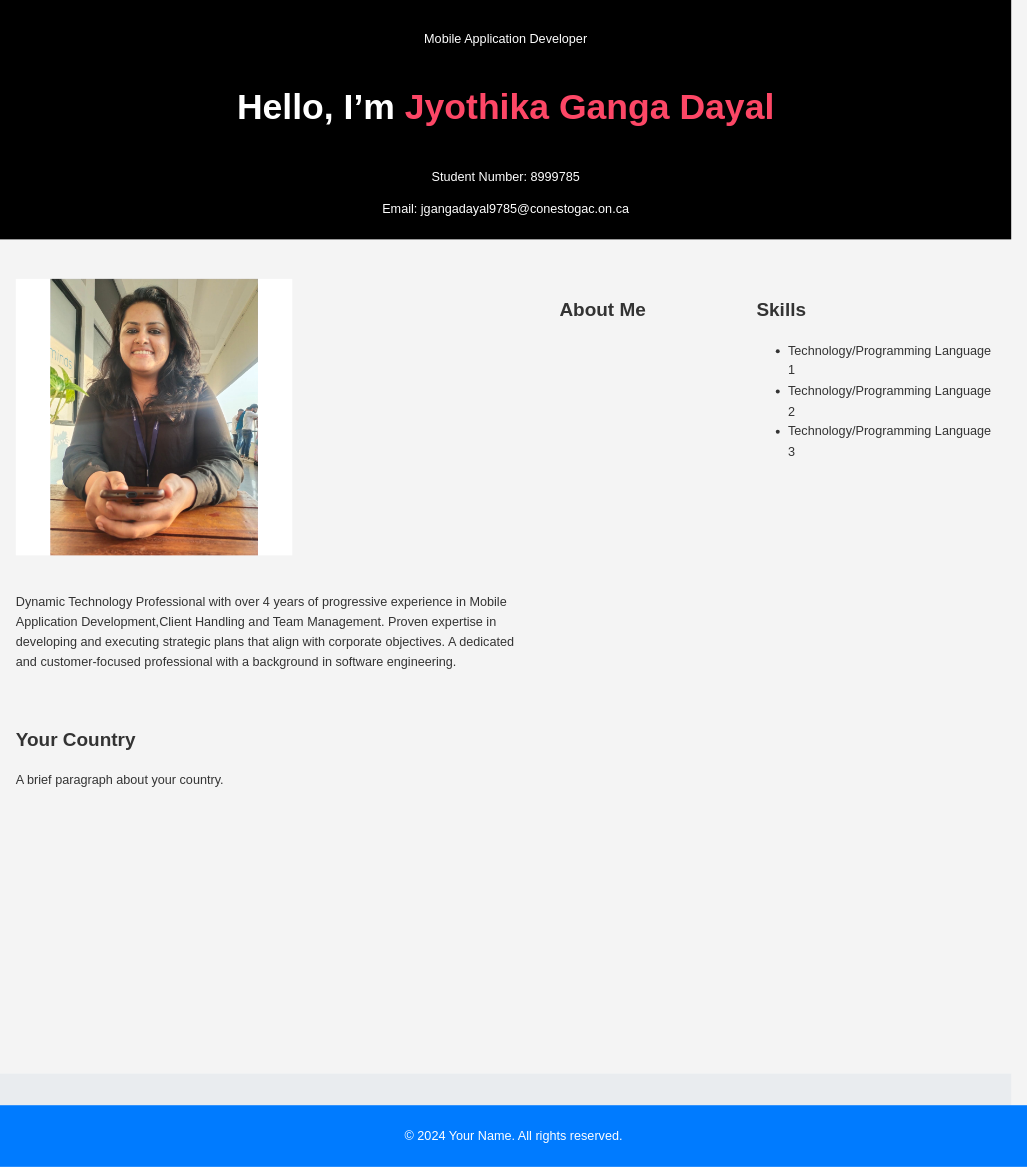
Repository: jyothika123/portfolio
Page: index.html
The author's editor kept a copy of each file at every save. The page is drawn from the files as they stood at one save, then again after the next save.
The browser window is 1280 px wide. The page is 1300 px wide, so the pictures cover 1300 px, including what lies to the right of the window. The pictures show the whole page, at 79% of full size.
Pictures or frames that could not be fetched are drawn as grey boxes.

Above is the page before, as saved 2024-09-22 15:53:32.

After the next save:
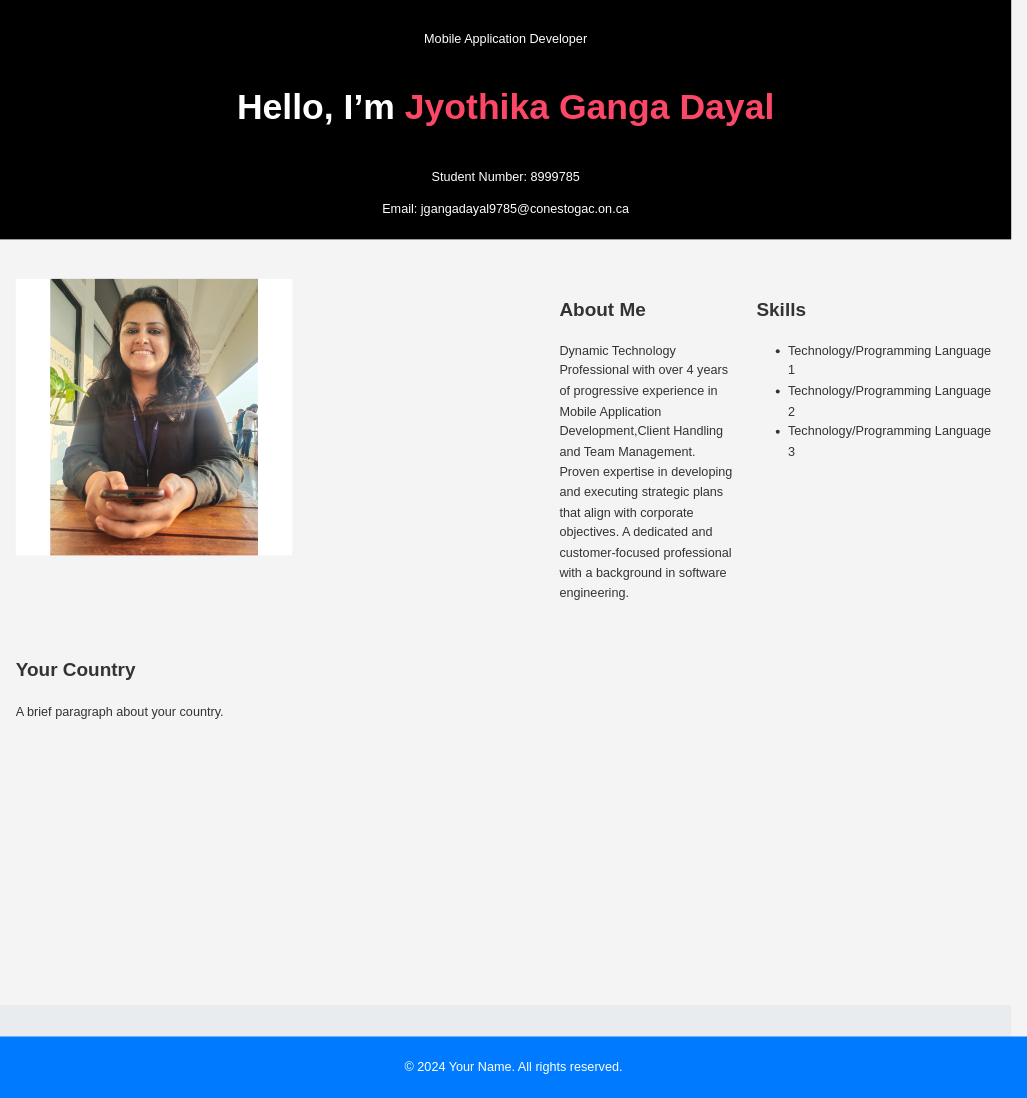
Saved 8 s later.
--- a/index.html
+++ b/index.html
@@ -20,12 +20,15 @@
         <section class="box">
             <section class="bio">
                 <img src="images/image.PNG" alt="A photo representing me" class="profile">
-                <h2>About Me</h2>
-                <p>Dynamic Technology Professional with over 4 years of progressive experience
-                    in Mobile Application Development,Client Handling and Team Management. Proven
-                    expertise in developing and executing strategic plans that align with
-                    corporate objectives. A dedicated and customer-focused professional with a
-                    background in software engineering. </p>
+                <div>
+                    <h2>About Me</h2>
+                    <p>Dynamic Technology Professional with over 4 years of progressive experience
+                        in Mobile Application Development,Client Handling and Team Management. Proven
+                        expertise in developing and executing strategic plans that align with
+                        corporate objectives. A dedicated and customer-focused professional with a
+                        background in software engineering. </p>
+                </div>
+
             </section>
             <section>
                 <h2>Skills</h2>
